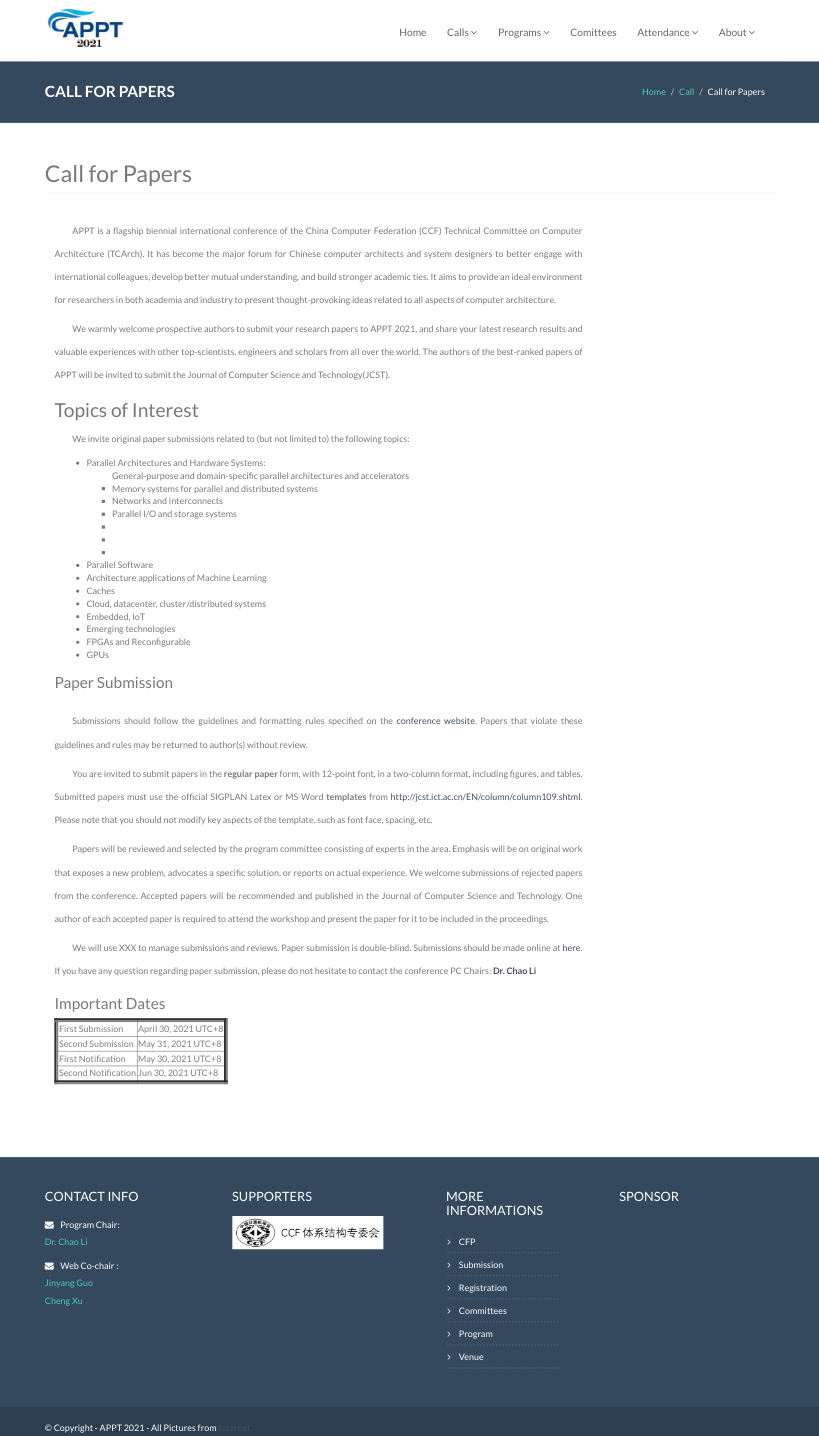
Repository: APPT2021/APPT2021.github.io
Page: call-papers.html
These files come from the project's save history. The page is drawn as it stood at one moment and after a run of saves; the edit follows.
The browser window is 1280 px wide. The pictures show the whole page, at 64% of full size.

Above is the page before, as saved 2021-03-25 00:30:11.
Console error: ReferenceError: jQuery is not defined

After the next 13 saves:
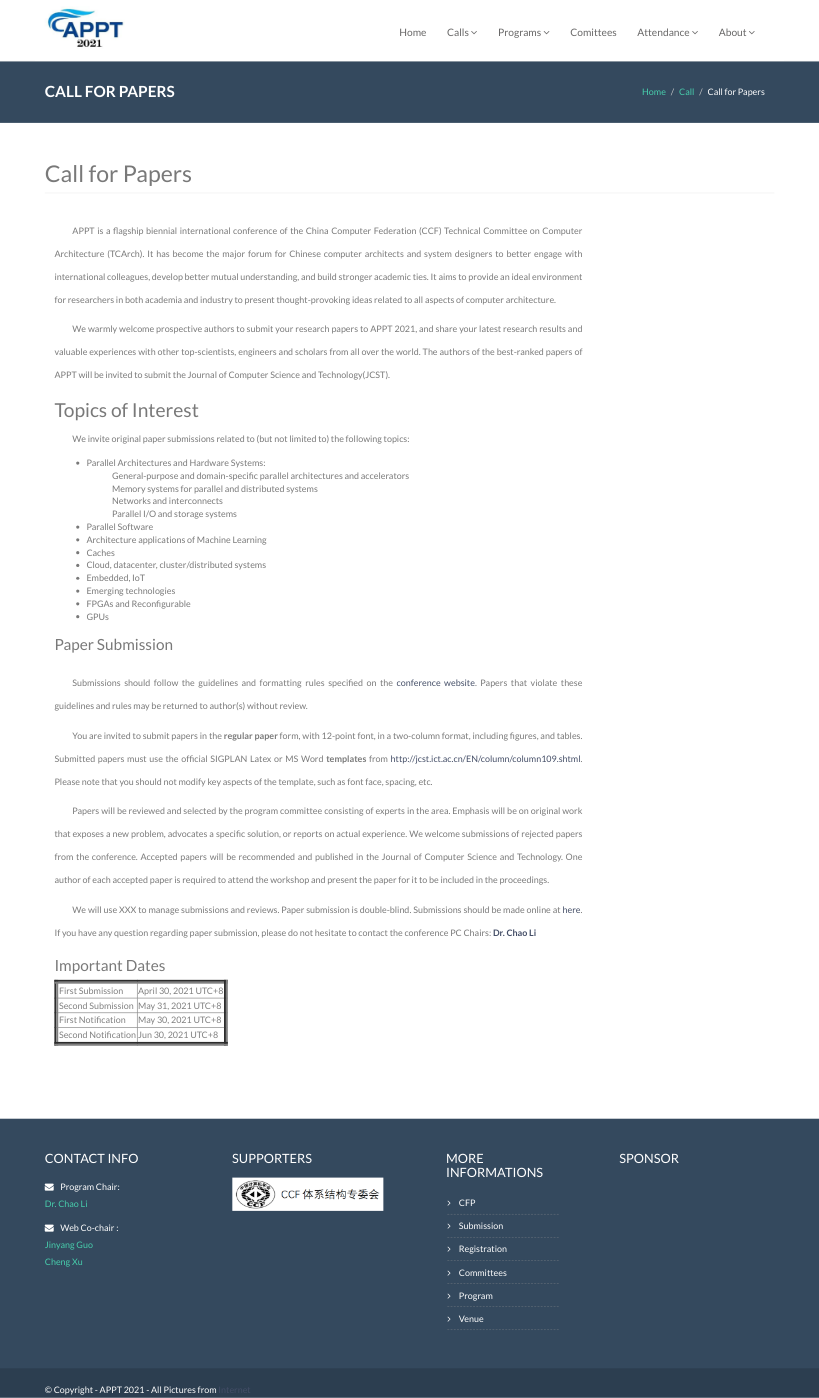
The 13 saves are shown as one change because they came seconds apart.
The last was saved 30 s later.
--- a/call-papers.html
+++ b/call-papers.html
@@ -92,12 +92,12 @@
 			<li style=" text-align: justify;">Parallel Architectures and Hardware Systems:
 				<ol>
 				<ul>General-purpose and domain-specific parallel architectures and accelerators</li>
-				<li>Memory systems for parallel and distributed systems</li>
-				<li>Networks and interconnects</li>
-				<li>Parallel I/O and storage systems</li>
-				<li></li>
-				<li></li>
-				<li></li>
+				<ul>Memory systems for parallel and distributed systems</li>
+				<ul>Networks and interconnects</li>
+				<ul>Parallel I/O and storage systems</li>
+				<ul></ul>
+				<ul></ul>
+				<ul></ul>
 				</ol>
 			</li>
 			<li style=" text-align: justify;">
